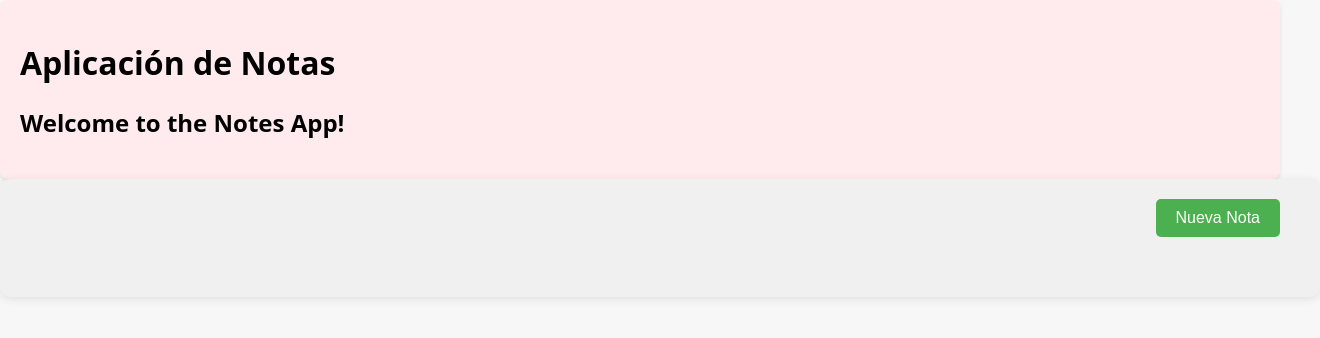
Repository: xunxuno/aplicacion_web_notas
Page: / (app in notas_web_app/)
An editor plug-in stored every save of this project. The page is shown before and after the next save, followed by the edit.
The browser window is 1280 px wide. The page is 1320 px wide, so the pictures cover 1320 px, including what lies to the right of the window. The pictures show the whole page.
The project was rebuilt for these pictures with package versions that can differ from the ones it lists, and the page was loaded fresh each time. Also part of the build but not shown: notas_web_app/vite.config.ts, notas_web_app/src/components/Note.tsx, notas_web_app/src/components/NoteCollection.tsx, notas_web_app/src/components/NoteModal.tsx.

Above is the page before, as saved 2024-10-02 16:06:34.

After the next save:
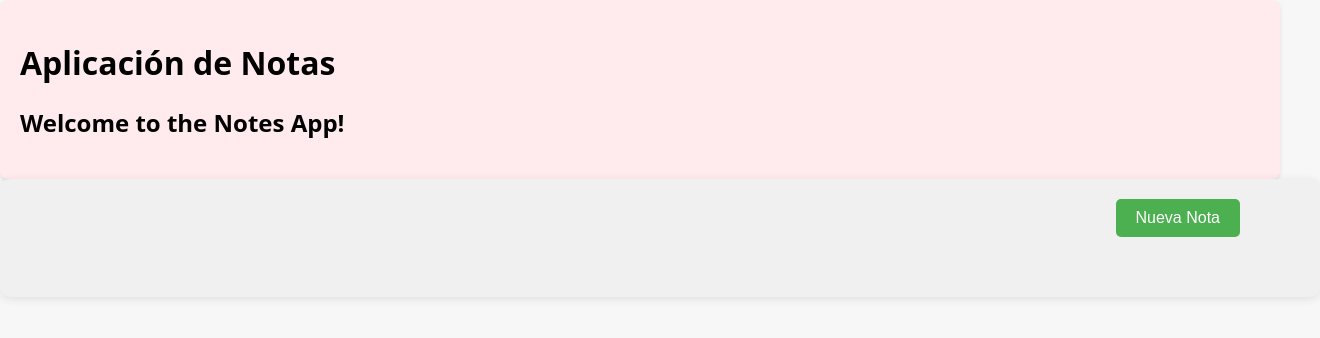
Saved 22 s later.
--- a/notas_web_app/src/styles.css
+++ b/notas_web_app/src/styles.css
@@ -30,7 +30,7 @@ body {
   transition: background-color 0.3s; /* Transición para el color de fondo */
   /* Ajustes para centrar el botón */
   margin-left: auto; /* Empuja el botón a la derecha */
-  margin-right: 20px; /* Margen a la derecha para no pegarse al borde */
+  margin-right: 60px; /* Margen a la derecha para no pegarse al borde */
 }
 
 
